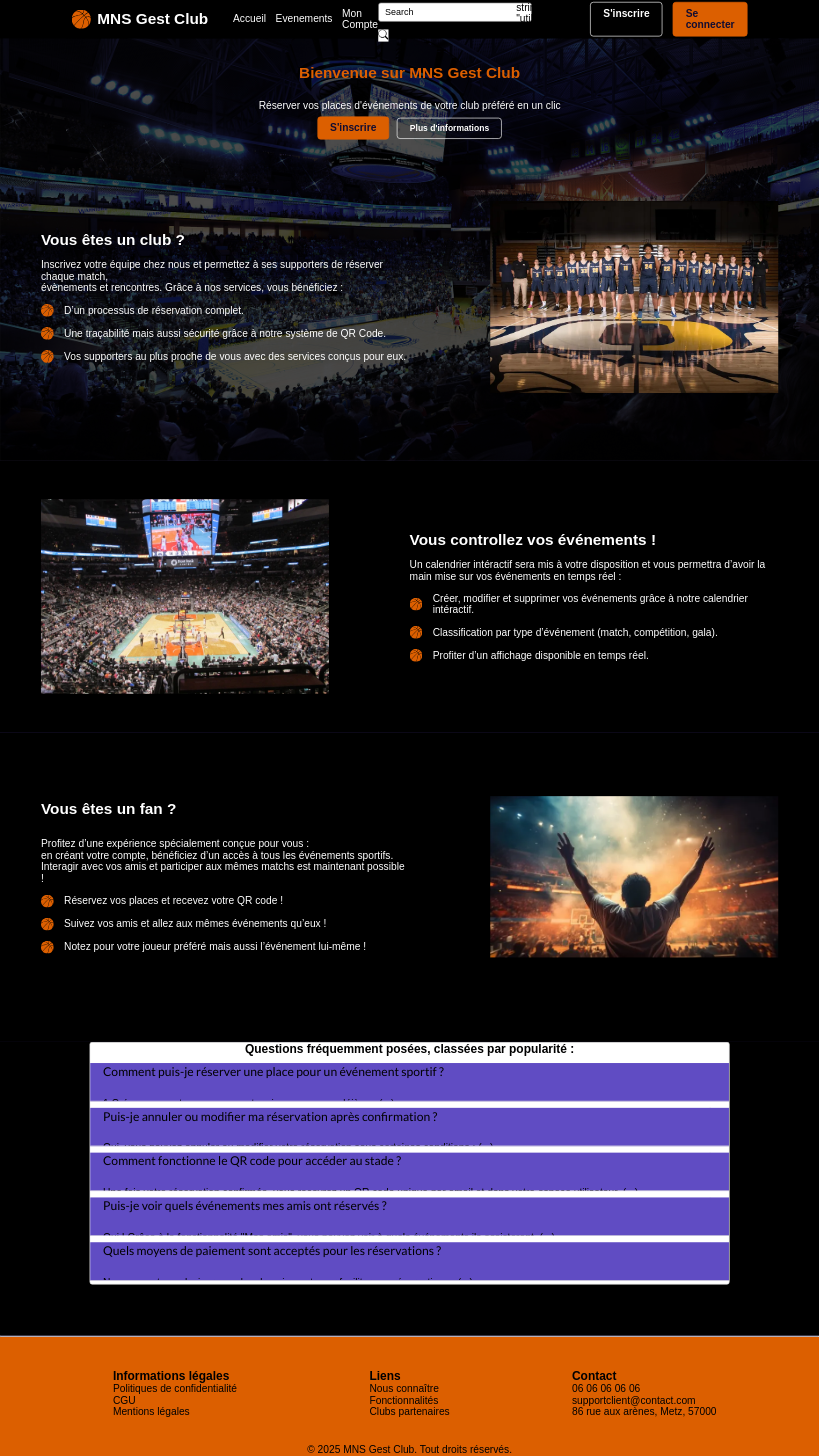
Repository: Sgrini/projetfilrouge
Page: http://localhost/
The author's editor kept a copy of each file at every save. The page is drawn from the files as they stood at one save, then again after the next save.
The browser window is 1280 px wide. The pictures show the whole page, at 64% of full size.
Some web fonts or font styles are not loaded; a fallback is used. The page is run by PHP 8.4 with error messages shown; the project is at /var/www/html/.

Above is the page before, as saved 2025-05-07 11:28:43.

### index.php
<?php require_once $_SERVER['DOCUMENT_ROOT'] . '/admin/include/auth.php';
?>


<!DOCTYPE html>
<html lang="fr">

<head>
  <meta charset="UTF-8" />
  <meta name="viewport" content="width=device-width, initial-scale=1.0" />
  <link rel="stylesheet" href="https://cdnjs.cloudflare.com/ajax/libs/font-awesome/6.7.2/css/all.min.css" />
  <link rel="stylesheet" href="/style/main.css" />
  <title>MNS Gest Club</title>
</head>

<body>
  <!-- HEADER: Barre de navigation principale -->
  <header>
    <div class="container">
      <div class="navbar">
        <div class="logo">
          <img src="./img/basketballicon.svg" alt="basket icon" />
          <a href="index.html">MNS Gest Club</a>
        </div>
        <div class="navbar__main">
          <ul class="links">
            <li><a class="nav__link" href="index.php">Accueil</a></li>
            <li><a class="nav__link" href="events.php">Evenements</a></li>
            <li><a class="nav__link" href="admin.php">Mon Compte</a></li>
          </ul>
          <!-- Champ de recherche -->
          <div class="search">
            <input placeholder="Search" class="navbar__input" type="text" />
            <button class="navbar__button">
              <svg viewBox="0 0 16 16" class="bi bi-search" fill="currentColor" height="16" width="16"
                xmlns="http://www.w3.org/2000/svg">
                <path
                  d="M11.742 10.344a6.5 6.5 0 1 0-1.397 1.398h-.001q.044.06.098.115l3.85 3.85a1 1 0 0 0 1.415-1.414l-3.85-3.85a1 1 0 0 0-.115-.1zM12 6.5a5.5 5.5 0 1 1-11 0 5.5 5.5 0 0 1 11 0">
                </path>
              </svg>
            </button>
          </div>
          <!-- Boutons d'inscription et de connexion -->
          <div class="buttons">
            <?php if (!isset($_SESSION['utilisateur_id'])): ?>
              <?php var_dump("utilisateur co"); ?>

              <a href="signup.php" class="action-button pro">S'inscrire</a>
              <a href="/admin/login.php" class="action-button">Se connecter</a>
            <?php else: ?>
              <?php var_dump("utilisateur deco"); ?>

              <a href="/admin/logout.php" class="action-button">Se déconnecter</a>
            <?php endif; ?>
          </div>
        </div>
      </div>
      <div class="burger-menu">
        <div class="burger-menu__nav">
          <a class="burger__logo">
            <img src="./img/basketballicon.svg" alt="" />
          </a>
          <div class="burger__btn">
            <i class="fa-solid fa-bars"></i>
          </div>
        </div>
        <ul class="burger-menu__links">
          <li><a href="index.html">Accueil</a></li>
          <li><a href="events.html">Evenements</a></li>
          <li><a href="about">Coach</a></li>
          <li><a href="contact">Communauté</a></li>
          <div class="divider"></div>
          <div class="buttons-burger-menu open">
            <a href="signup.html" class="action-button pro">S'inscrire</a>
            <a href="login.html" class="action-button">Se connecter</a>
          </div>
        </ul>
      </div>
    </div>
  </header>
  <!-- SECTION HERO: Introduction du site -->
  <section class="hero">
    <div class="hero__overlay"></div>
    <!-- Effet de contraste -->
    <div class="hero__header">
      <h1>Bienvenue sur MNS Gest Club</h1>
      <div class="hero__header-text">
        <p>
          Réserver vos places d'événements de votre club préféré en un clic
        </p>
      </div>
      <div class="hero__header-cta">
        <button class="btn btn-signup">S'inscrire</button>
        <button class="action-button pro">Plus d'informations</button>
      </div>
    </div>
    <!-- SECTION CLUB: Inscription des clubs -->
    <div class="hero__main">
      <div class="hero__main-left">
        <h2>Vous êtes un club ?</h2>
        <p>
          Inscrivez votre équipe chez nous et permettez à ses supporters de
          réserver chaque match,<br />évènements et rencontres. Grâce à nos
          services, vous bénéficiez :
        </p>
        <ul class="hero__main-left-list">
          <li>
            <img src="/img/basketballicon.svg" alt="Basket icon" />
            <p>D’un processus de réservation complet.</p>
          </li>
          <li>
            <img src="/img/basketballicon.svg" alt="Basket icon" />
            <p>
              Une traçabilité mais aussi sécurité grâce à notre système de QR
              Code.
            </p>
          </li>
          <li>
            <img src="/img/basketballicon.svg" alt="Basket icon" />
            <p>
              Vos supporters au plus proche de vous avec des services conçus
              pour eux.
            </p>
          </li>
        </ul>
      </div>
      <div class="hero__main-right">
        <img src="/img/basketclub.webp" alt="" />
      </div>
    </div>
  </section>
  <!-- SECTION ÉVÉNEMENTS: Gestion des événements -->
  <section class="features">
    <div class="features__main">
      <div class="features__main-left">
        <img src="/img/basketevents.webp" alt="" />
      </div>
      <div class="features__main-right">
        <h2>Vous controllez vos événements !</h2>
        <p>
          Un calendrier intéractif sera mis à votre disposition et vous
          permettra d’avoir la main mise sur vos événements en temps réel :
        </p>
        <ul class="features__main-right-list">
          <li>
            <img src="/img/basketballicon.svg" alt="Basket icon" />
            <p>
              Créer, modifier et supprimer vos événements grâce à notre
              calendrier intéractif.
            </p>
          </li>
          <li>
            <img src="/img/basketballicon.svg" alt="Basket icon" />
            <p>
              Classification par type d’événement (match, compétition, gala).
            </p>
          </li>
          <li>
            <img src="/img/basketballicon.svg" alt="Basket icon" />
            <p>Profiter d’un affichage disponible en temps réel.</p>
          </li>
        </ul>
      </div>
    </div>
  </section>
  <!-- SECTION FAN: Fonctionnalités pour les supporters -->
  <section class="last__section">
    <div class="last__main">
      <div class="last__main-left">
        <h2>Vous êtes un fan ?</h2>
        <p></p>
        <ul class="last__main-left-list">
          <li>
            <p>
              Profitez d’une expérience spécialement conçue pour vous : <br />
              en créant votre compte, bénéficiez d’un accès à tous les
              événements sportifs. <br />
              Interagir avec vos amis et participer aux mêmes matchs est
              maintenant possible !
            </p>
          </li>
          <li>
            <img src="/img/basketballicon.svg" alt="Basket icon" />
            <p>Réservez vos places et recevez votre QR code !</p>
          </li>
          <li>
            <img src="/img/basketballicon.svg" alt="Basket icon" />
            <p>Suivez vos amis et allez aux mêmes événements qu’eux !</p>
          </li>
          <li>
            <img src="/img/basketballicon.svg" alt="Basket icon" />
            <p>
              Notez pour votre joueur préféré mais aussi l’événement lui-même
              !
            </p>
          </li>
        </ul>
      </div>
      <div class="last__main-right">
        <img src="/img/basketfan.webp" alt="calendrier" />
      </div>
    </div>
  </section>
  <!-- SECTION FAQ: Questions fréquentes -->
  <section id="foire_aux_questions" class="section__faq">
    <div class="faq">
      <h3>Questions fréquemment posées, classées par popularité :</h3>
      <input id="faq-a" type="checkbox" />
      <label for="faq-a">
        <p class="faq-heading">
          Comment puis-je réserver une place pour un événement sportif ?
        </p>
        <div class="faq-arrow"></div>
        <p class="faq-text">
          1.Créer un compte ou se connecter si vous en avez déjà un. (...)<br />
          2.Parcourir les événements disponibles via le calendrier
          interactif.<br />
          3.Sélectionner l’événement souhaité et consulter les places
          disponibles par catégorie (tribune, VIP, standard).<br />
          4. Choisir votre place (limité à 2 places par adhérent ).<br />
          5. Confirmer votre réservation et recevoir un email de confirmation
          avec votre QR code d’accès. <br />
          <strong>
            Le jour de l’événement, présentez votre QR code à l’entrée pour
            valider votre présence !</strong>
        </p>
      </label>
      <input id="faq-b" type="checkbox" />
      <label for="faq-b">
        <p class="faq-heading">
          Puis-je annuler ou modifier ma réservation après confirmation ?
        </p>
        <div class="faq-arrow"></div>
        <p class="faq-text">
          Oui, vous pouvez annuler ou modifier votre réservation sous
          certaines conditions : (...)<br />
          1.Annulation : Vous pouvez annuler votre réservation directement
          depuis votre espace utilisateur, dans la section "Mes réservations".
          Une confirmation vous sera envoyée par email. Attention, des délais
          d’annulation peuvent s’appliquer en fonction de l’événement.<br />
          2.Modification : Si vous souhaitez changer de place ou d’événement,
          vous devrez d’abord annuler votre réservation actuelle, puis
          effectuer une nouvelle réservation (sous réserve de
          disponibilité).<br />
          <strong>
            En cas de question, n’hésitez pas à contacter le support via
            l’application.
          </strong>
        </p>
      </label>
      <input id="faq-c" type="checkbox" />
      <label for="faq-c">
        <p class="faq-heading">
          Comment fonctionne le QR code pour accéder au stade ?
        </p>
        <div class="faq-arrow"></div>
        <p class="faq-text">
          Une fois votre réservation confirmée, vous recevrez un QR code
          unique par email et dans votre espace utilisateur. (...) <br />
          <strong> Le jour de l’événement : </strong><br />
          1.Présentez votre QR code à l’entrée du stade (sur votre téléphone
          ou imprimé). <br />
          2.Un agent ou une borne automatique scannera votre code pour valider
          votre accès. <br />
          3.Une fois validé, vous pourrez entrer et profiter du match ! <br />
          <strong>
            Ce système permet un accès rapide et sécurisé, tout en
            garantissant la traçabilité des présences.</strong>
        </p>
      </label>
      <input id="faq-d" type="checkbox" />
      <label for="faq-d">
        <p class="faq-heading">
          Puis-je voir quels événements mes amis ont réservés ?
        </p>
        <div class="faq-arrow"></div>
        <p class="faq-text">
          Oui ! Grâce à la fonctionnalité "Mes amis", vous pouvez voir à quels
          événements ils assisteront. (...) <br />
          <strong> Voici comment ça fonctionne : </strong><br />
          1.Ajoutez des amis à votre liste via leur nom d’utilisateur ou
          email.
          <br />
          2.Consultez la liste des événements auxquels ils ont réservé des
          places. <br />
          3.Réservez à votre tour pour les rejoindre et vivre l’expérience
          ensemble ! <br />
          <strong>
            Cette fonctionnalité vous permet de partager des moments sportifs
            avec vos proches et de mieux organiser vos sorties.
          </strong>
        </p>
      </label>
      <input id="faq-e" type="checkbox" />
      <label for="faq-e">
        <p class="faq-heading">
          Quels moyens de paiement sont acceptés pour les réservations ?
        </p>
        <div class="faq-arrow"></div>
        <p class="faq-text">
          Nous acceptons plusieurs modes de paiement pour faciliter vos
          réservations : (...)<br />
          1.Carte bancaire (Visa, Mastercard, etc.) <br />
          2.Paiement en ligne sécurisé via des plateformes comme PayPal ou
          Stripe <br />
          3.Portefeuilles numériques (Apple Pay, Google Pay) <br />
          4.Possibilité de paiement sur place (si disponible pour certains
          événements) <br />
          <strong>Toutes les transactions sont sécurisées et protégées selon les
            normes en vigueur. Vous recevrez une confirmation par email dès
            que votre paiement sera validé.</strong>
        </p>
      </label>
    </div>
  </section>
  <hr />
  <footer>
    <div class="footer__contenu-wrapper">
      <div class="contenu-footer">
        <div class="footer__bloc-wrapper">
          <div class="bloc">
            <h3>Informations légales</h3>
            <ul class="liste-services">
              <li><a href="#">Politiques de confidentialité</a></li>
              <li><a href="#">CGU</a></li>
              <li><a href="#">Mentions légales</a></li>
            </ul>
          </div>
        </div>
        <div class="footer__bloc-wrapper">
          <div class="bloc">
            <h3>Liens</h3>
            <ul class="liste-informations">
              <li>Nous connaître</li>
              <li>Fonctionnalités</li>
              <li>Clubs partenaires</li>
            </ul>
          </div>
        </div>
        <!-- FOOTER: Informations légales et contact -->
        <div class="footer__bloc-wrapper">
          <div class="bloc footer-contact" id="contact">
            <h3>Contact</h3>
            <ul>
              <li>06 06 06 06 06</li>
              <li>supportclient@contact.com</li>
              <li>86 rue aux arènes, Metz, 57000</li>
            </ul>
          </div>
        </div>
      </div>
      <p class="copyright">© 2025 MNS Gest Club. Tout droits réservés.</p>
    </div>
  </footer>

  <script src="script.js"></script>
</body>

</html>

### admin/include/auth.php
<?php
session_start();

// fonction pour savoir si l'utilisateur connecter
function estConnecte(): bool
{
    return isset($_SESSION['utilisateur_id']);
}
function estAdmin(): bool
{
    return estConnecte() && isset($_SESSION['role_id']) && $_SESSION['role_id'] === '1';
}

### style/main.css
@import url("./style.css");
@import url("./navbar.css");
@import url("./login.css");
@import url("./hero.css");
@import url("./features.css");
@import url("./lastsection.css");
@import url("./faq.css");
@import url("./toggle.css");
@import url("./footer.css");
@import url("./responsive.css");
@import url("./events.css");
@import url("./buttons.css");
@import url("./admin.css");
@import url("./team.css");
@import url("./sidebar.css");
@import url("./signup.css");
@import url("./shop.css");

### style/toggle.css
.burger-menu {
  display: none;
  /* height: 310px; */
  right: 2rem;
  width: 100%;
  background-color: rgba(0, 0, 0, 0.2);
  backdrop-filter: blur(15px);
  border-radius: 10px;
  overflow: hidden;
  transition: height 0.2s cubic-bezier(0.175, 0.885, 0.32, 1.275);
}
.burger-menu__nav {
  display: flex;
  justify-content: space-between;
  align-items: center;
  width: 100%;
  gap: 1rem;
  height: 100%;
  padding: 8px;
  position: relative;
  transition: all 0.3s ease;
}
.burger__btn i {
  color: white;
  font-size: 26px;
}
.burger .burger__logo {
  width: 100px;
  height: 30px;
}
.burger-menu__links.open {
  height: 310px;
}
.burger-menu__links {
  height: 0px;
  transition: height 0.2s ease-in-out;
}
.burger-menu li {
  padding: 0.7rem;
  display: flex;
  justify-content: center;
  align-items: center;
}

.divider {
  height: 1px;
  background-color: #fff;
  width: 80%;
  margin-left: auto;
  margin-right: auto;
  margin-bottom: 1rem;
}

.burger-menu .action-button {
  width: 80%;
  display: flex;
  justify-content: center;
  align-items: center;
}

.buttons-burger-menu {
  display: flex;
  flex-direction: column;
  justify-content: center;
  align-items: center;
  gap: 10px;
}

@media (max-width: 1200px) {
  .navbar {
    display: none;
  }
  .burger-menu {
    display: block;
  }
}

### style/responsive.css
@media (min-width: 576px) {
    .container {
        max-width: 540px;
    }
}
@media (min-width: 768px) {
    .container {
        max-width: 720px;
    }
}
@media (min-width: 992px) {
    .container {
        max-width: 960px;
    }
}
@media (min-width: 1200px) {
    .container {
        max-width: 1140px;
    }
}
@media (min-width: 1400px) {
    .container {
        max-width: 1320px;
    }
}

### style/events.css
.events__section {
  margin-top: 60px;
  padding-top: 60px;
  margin-bottom: 8rem;
}

.events__current {
  padding-top: 2rem;
  display: flex;
  flex-wrap: wrap;
}

.events__img-wrapper {
  flex: 100%;
}

@media (min-width: 992px) {
  .events__img-wrapper {
    flex: 0 0 50%;
    padding-left: 2rem;
    padding-right: 2rem;
    order: 1;
  }
}

.events__img {
  width: 100%;
}

.events__current-details {
  flex: 0 0 100%;
  margin-bottom: 2rem;
}

@media (min-width: 992px) {
  .events__current-details {
    flex: 0 0 50%;
    padding-left: 2rem;
    padding-right: 2rem;
    order: 2;
    margin-top: auto;
    margin-bottom: auto;
  }
}

.events__current-details-title {
  margin-bottom: 1rem;
  font-size: 1.8rem;
}

.events__all-button {
  background-color: white;
  color: black;
  border: 1px solid black;
  padding: 10px 20px;
  text-decoration: none;
  cursor: pointer;
  margin-top: 4rem;
}

.events__incoming-button {
  all: unset;
  text-decoration: underline;
  cursor: pointer;
}

### style/team.css
.team__wrapper {
  max-width: 780px;
  margin: auto;
  margin-top: 80px;
  margin-bottom: 90px;
  background: white;
  padding: 20px;
  border-radius: 10px;
  box-shadow: 0px 0px 10px rgba(0, 0, 0, 0.1);
  width: calc(100% - 260px);
  padding: 20px;
}

table {
  width: 100%;
  border-collapse: collapse;
  margin-top: 10px;
}
th,
td {
  border: 1px solid #ddd;
  padding: 10px;
  text-align: left;
}
th {
  background-color: #f4f4f4;
}
.gerer {
  display: flex;
  gap: 10px;
}
.card-wrapper {
  display: flex;
  gap: 20px;
  margin-top: 20px;
}
.card {
  flex: 1;
  background: white;
  padding: 15px;
  border-radius: 8px;
  box-shadow: 0px 0px 5px rgba(0, 0, 0, 0.1);
}
.add-button {
  background-color: black;
  color: white;
  padding: 10px 15px;
  border: none;
  cursor: pointer;
  border-radius: 5px;
  margin-top: 10px;
}
.add-button:hover {
  background-color: var(--primary-color);
  color: black;
  border: 1px solid #fff;
  font-size: medium;
}

### style/sidebar.css
.sidebar {
  width: 280px;
  background: #dc5f00;
  /* opacity: 80%; */
  padding: 20px;
  height: 100vh;
  left: 0;
  top: 0;
  position: fixed;
}

.sidebar h2 {
  font-size: 18px;
  margin-bottom: 20px;
  color: white;
}

.sidebar ul {
  list-style: none;
}

.sidebar ul li {
  padding: 10px 0;
  font-size: 16px;
  cursor: pointer;
  color: white;
}

.sidebar ul li:hover {
  background: #373a40;
  padding-left: 5px;
  border-radius: 10%;
}

### style/signup.css
/* Formulaire */
main {
  display: flex;
  justify-content: center;
  align-items: center;
  height: 80vh;
}

.form__signup-container {
  width: 100%;
  background: white;
  padding: 20px 30px;
  border-radius: 10px;
  box-shadow: 0px 4px 10px rgba(0, 0, 0, 0.1);
  width: 500px;
  text-align: center;
  margin: 0 auto;
}

.signup__main {
  margin-top: 110px;
  margin-bottom: 120px;
}

select {
  width: 100%;
  padding: 10px;
  margin: 10px 0;
  border: 1px solid #ccc;
  border-radius: 5px;
  font-size: 14px;
}

.input-group {
  display: flex;
  gap: 10px;
}

.input-group input {
  width: 50%;
}

.radio-group {
  display: flex;
  justify-content: center;
  align-items: center;
  gap: 15px;
  margin: 10px 0;
}

.signup__gender-choice {
  height: 50%;
}

button:hover {
  background-color: #333;
}

### style/shop.css
.shop__container {
  margin-top: 90px;
  max-width: 996px;
  margin-left: 270px;
  margin-bottom: 80px;
}

.search-filters {
  display: flex;
  gap: 10px;
  margin-bottom: 15px;
}

.search-filters input,
.search-filters select {
  padding: 10px;
  border: 1px solid #ddd;
  border-radius: 5px;
  flex: 1;
}

.filters {
  display: flex;
  gap: 10px;
  margin-bottom: 20px;
}

.filters button {
  padding: 8px 15px;
  border: none;
  background: #ddd;
  border-radius: 5px;
  cursor: pointer;
}

.events {
  display: flex;
  gap: 50px;
  justify-content: space-between;
}

.event-card {
  background: white;
  border-radius: 8px;
  overflow: hidden;
  width: 150%;
  box-shadow: 0px 0px 5px rgba(0, 0, 0, 0.1);
  text-align: center;
}

.event-img {
  background: #e0e0e0;
  height: 150px;
}

.event-info {
  padding: 15px;
}

.event-info h3 {
  font-size: 16px;
  display: flex;
  justify-content: space-between;
  align-items: center;
}

.price {
  font-weight: bold;
  color: black;
}

.event-info p {
  font-size: 14px;
  color: #555;
  margin: 5px 0;
}

.event-info button {
  background: black;
  color: white;
  padding: 8px 15px;
  border: none;
  width: 100%;
  margin-top: 10px;
  cursor: pointer;
}

.pagination {
  display: flex;
  justify-content: center;
  gap: 5px;
  margin-top: 20px;
}

.pagination button {
  padding: 5px 10px;
  border: 1px solid #ddd;
  background: white;
  cursor: pointer;
}

.pagination .active {
  background: black;
  color: white;
}

Loaded but not shown: img/basketballicon.svg (60 lines, source omitted); script.js (10 lines, source omitted); style/login.css (146 lines, source omitted); style/lastsection.css (170 lines, source omitted); style/faq.css (105 lines, source omitted); style/buttons.css (131 lines, source omitted); style/admin.css (139 lines, source omitted); style/style.css (127 lines, source omitted); style/features.css (109 lines, source omitted); style/hero.css (109 lines, source omitted); style/navbar.css (111 lines, source omitted); style/footer.css (104 lines, source omitted)

After the next save:
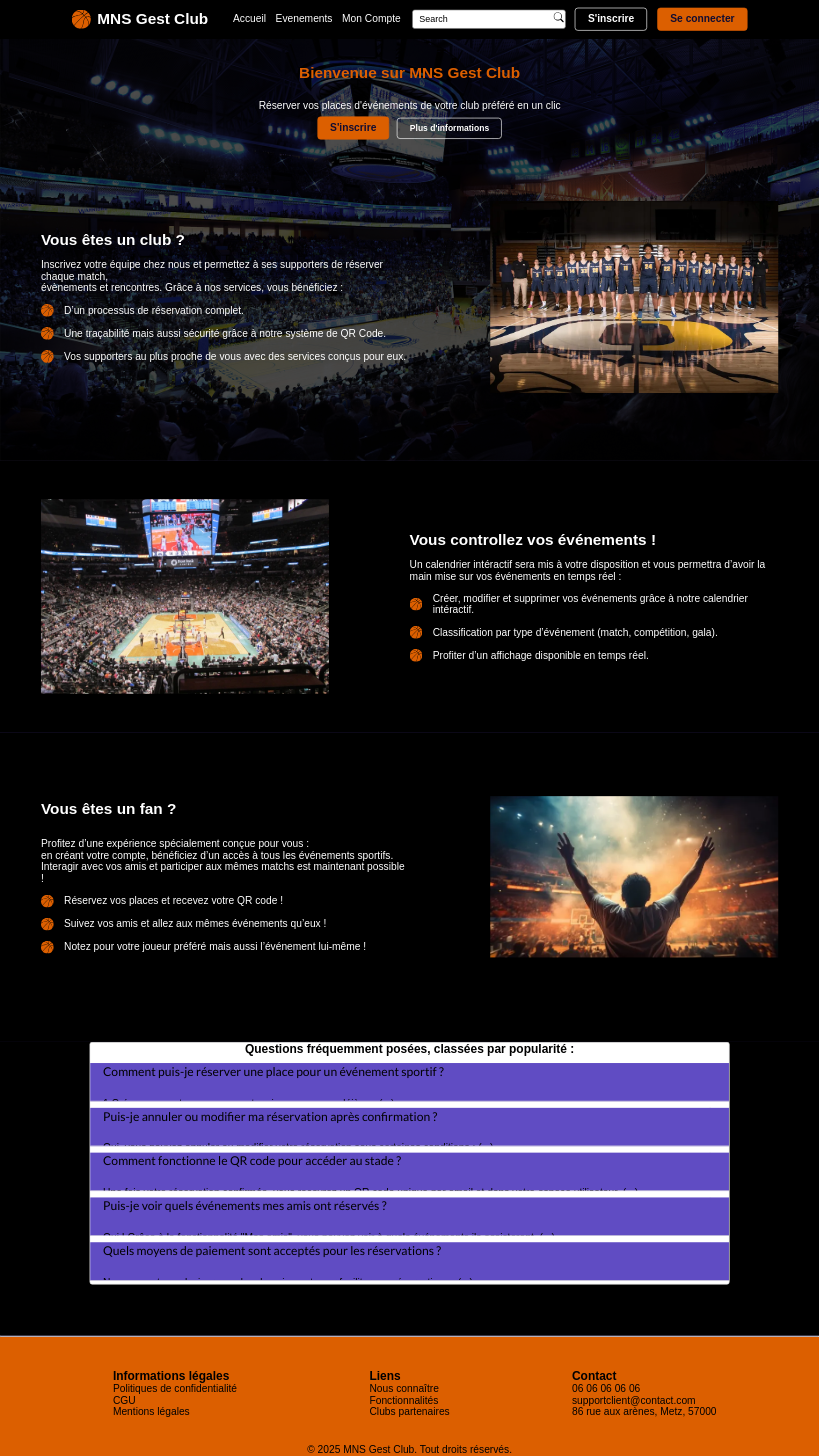
Saved 65 s later.
--- a/index.php
+++ b/index.php
@@ -43,13 +43,10 @@
           <!-- Boutons d'inscription et de connexion -->
           <div class="buttons">
             <?php if (!isset($_SESSION['utilisateur_id'])): ?>
-              <?php var_dump("utilisateur co"); ?>
 
               <a href="signup.php" class="action-button pro">S'inscrire</a>
               <a href="/admin/login.php" class="action-button">Se connecter</a>
             <?php else: ?>
-              <?php var_dump("utilisateur deco"); ?>
-
               <a href="/admin/logout.php" class="action-button">Se déconnecter</a>
             <?php endif; ?>
           </div>
